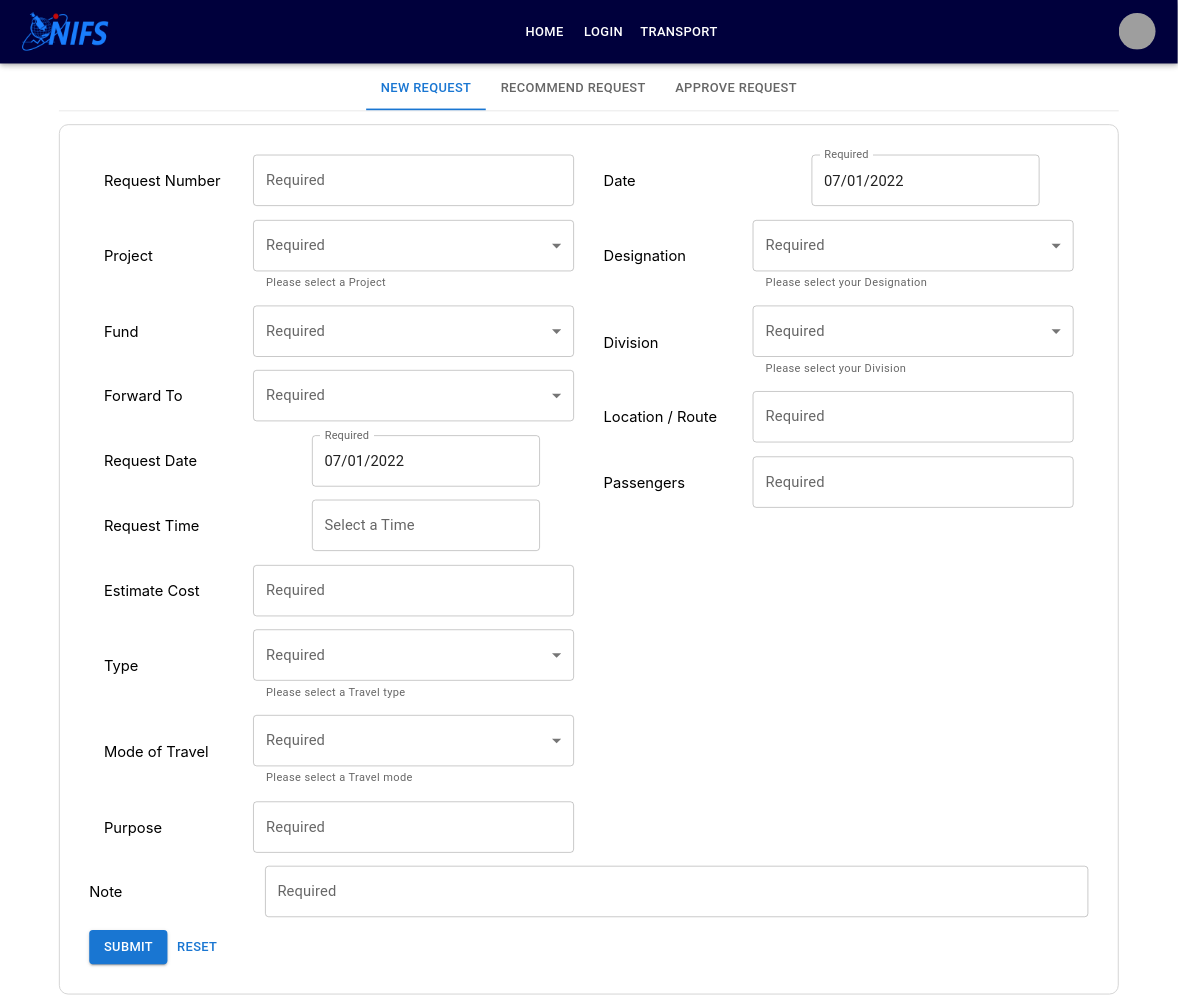
Repository: Ravindu97/NIFS_WebApplication
Page: /transport (app in client/)
These files come from the project's save history. The page is drawn as it stood at one moment and after the next save; the edit follows.
The browser window is 1280 px wide. The pictures show the whole page, at 92% of full size.
Pictures or frames that could not be fetched are drawn as grey boxes. The project was rebuilt for these pictures with package versions that can differ from the ones it lists, and the page was loaded fresh each time. Also part of the build but not shown: client/src/pages/Home.js, client/src/pages/Login.js, client/src/components/Transport/RecommendedRequest.js, client/src/components/Transport/ApproveRequest.js.

Above is the page before, as saved 2022-07-01 13:37:22.

### client/src/index.css
body {
  margin: 0;
  font-family: -apple-system, BlinkMacSystemFont, 'Segoe UI', 'Roboto', 'Oxygen',
    'Ubuntu', 'Cantarell', 'Fira Sans', 'Droid Sans', 'Helvetica Neue',
    sans-serif;
  -webkit-font-smoothing: antialiased;
  -moz-osx-font-smoothing: grayscale;
}

:root{
  --main-navbar-back: #00003c;

}


.nav-logo{
  width: 100px;
  height: auto;
}

/* main navbar */
.main-navbar{
  background-color: var(--main-navbar-back) !important;
}

/* secondary navbar */
.secondary-navbar{
  margin-top: 10vh !important;
  margin: auto;
}

/* body content */
.body-content{
  margin: auto;
  width: 90%;
  margin-top: 2vh;
}

/* -------------------css for form starts here */
/* form section means outsice the <form> tag */

.form-section{
  border: 1px solid #d2d2d2;
  border-radius: 10px;
  padding: 2rem;
  margin-bottom: 2vh;
}

/* input fields */
.input-fields{
  display: flex;
  align-items: center;
  margin-bottom: 2vh;
}

.input-fields label{
  margin-right: 2vw;
  width: 200px;
}

.form-left,.form-right{

  margin-left: 1em;
  margin-right: 1em;
}

/* -----------------css for form ends here */

### client/src/App.js
import * as React from 'react';
import { BrowserRouter as Router, Route, Routes } from 'react-router-dom';
import Navbar from './components/shared/Navbar';
import Home from './pages/Home';
import Login from './pages/Login';
import TransportMainPage from './pages/TransportMainPage';

function App() {
	return (
		<div>
			<Router>
				<Navbar />
				<Routes>
					<Route exact path="/" element={<Home />} />
					<Route exact path="/login" element={<Login />} />
					<Route exact path="/transport/*" element={<TransportMainPage />} />
				</Routes>
			</Router>
		</div>
	);
}

export default App;

### client/src/components/shared/Navbar.js
import * as React from 'react';
import AppBar from '@mui/material/AppBar';
import Box from '@mui/material/Box';
import Toolbar from '@mui/material/Toolbar';
import IconButton from '@mui/material/IconButton';
import Typography from '@mui/material/Typography';
import Menu from '@mui/material/Menu';
import MenuIcon from '@mui/icons-material/Menu';
import Container from '@mui/material/Container';
import Avatar from '@mui/material/Avatar';
import Button from '@mui/material/Button';
import Tooltip from '@mui/material/Tooltip';
import MenuItem from '@mui/material/MenuItem';
import { Link } from 'react-router-dom';
import Logo from '../../images/nifs_logo.png';

const Navbar = () => {
	const pages = [
		{
			id: 0,
			title: 'Home',
			link: '/',
		},
		{
			id: 1,
			title: 'Login',
			link: '/login',
		},
		{
			id: 2,
			title: 'Transport',
			link: '/transport',
		},
	];

	const settings = [
		{
			id: 0,
			title: 'Home',
			link: '/',
		},
		{
			id: 1,
			title: 'Login',
			link: '/login',
		},
		{
			id: 2,
			title: 'Transport',
			link: '/transport',
		},
	];

	const [anchorElNav, setAnchorElNav] = React.useState(null);
	const [anchorElUser, setAnchorElUser] = React.useState(null);

	const handleOpenNavMenu = (event) => {
		setAnchorElNav(event.currentTarget);
	};
	const handleOpenUserMenu = (event) => {
		setAnchorElUser(event.currentTarget);
	};

	const handleCloseNavMenu = () => {
		setAnchorElNav(null);
	};

	const handleCloseUserMenu = () => {
		setAnchorElUser(null);
	};

	return (
		<AppBar position="fixed" className="main-navbar">
			<Container maxWidth="xl">
				<Toolbar disableGutters>
					{/*Responsive view start here  */}
					<Box sx={{ display: { xs: 'none', md: 'flex' }, mr: 1 }}>
						<img src={Logo} alt="logo" className="nav-logo" />
					</Box>

					<Box sx={{ flexGrow: 1, display: { xs: 'flex', md: 'none' } }}>
						<IconButton
							size="large"
							aria-label="account of current user"
							aria-controls="menu-appbar"
							aria-haspopup="true"
							onClick={handleOpenNavMenu}
							color="inherit"
						>
							<MenuIcon />
						</IconButton>
						<Menu
							id="menu-appbar"
							anchorEl={anchorElNav}
							anchorOrigin={{
								vertical: 'bottom',
								horizontal: 'left',
							}}
							keepMounted
							transformOrigin={{
								vertical: 'top',
								horizontal: 'left',
							}}
							open={Boolean(anchorElNav)}
							onClose={handleCloseNavMenu}
							sx={{
								display: { xs: 'block', md: 'none' },
							}}
						>
							{pages &&
								pages.map((page) => (
									<MenuItem key={page.id} onClick={handleCloseNavMenu}>
										<Link to={page.link} style={{ textDecoration: 'none' }}>
											<Typography textAlign="center">{page.title}</Typography>
										</Link>
									</MenuItem>
								))}
						</Menu>
					</Box>
					{/* Responsive view ends here */}

					{/* Full width starts here */}
					<Box
						sx={{
							mr: 2,
							display: { xs: 'flex', md: 'none' },
							flexGrow: 1,
						}}
					>
						<img src={Logo} alt="logo" className="nav-logo" />
					</Box>

					<Box
						sx={{ flexGrow: 1, display: { xs: 'none', md: 'flex' } }}
						style={{ justifyContent: 'center' }}
					>
						{pages &&
							pages.map((page) => (
								<Link to={page.link} style={{ textDecoration: 'none' }}>
									<Button
										key={page.id}
										onClick={handleCloseNavMenu}
										sx={{ my: 2, color: 'white', display: 'block' }}
									>
										{page.title}
									</Button>
								</Link>
							))}
					</Box>

					{/* end of the navbar */}
					<Box sx={{ flexGrow: 0 }}>
						<Tooltip title="Open settings">
							<IconButton onClick={handleOpenUserMenu} sx={{ p: 0 }}>
								<Avatar
									alt="Remy Sharp"
									src="https://images.unsplash.com/photo-1566753323558-f4e0952af115?ixlib=rb-1.2.1&ixid=MnwxMjA3fDB8MHxzZWFyY2h8MXx8bWFsZXxlbnwwfHwwfHw%3D&w=1000&q=80"
								/>
							</IconButton>
						</Tooltip>
						<Menu
							sx={{ mt: '45px' }}
							id="menu-appbar"
							anchorEl={anchorElUser}
							anchorOrigin={{
								vertical: 'top',
								horizontal: 'right',
							}}
							keepMounted
							transformOrigin={{
								vertical: 'top',
								horizontal: 'right',
							}}
							open={Boolean(anchorElUser)}
							onClose={handleCloseUserMenu}
						>
							{settings.map((setting) => (
								<MenuItem key={setting.id} onClick={handleCloseUserMenu}>
									<Typography textAlign="center">{setting.title}</Typography>
								</MenuItem>
							))}
						</Menu>
					</Box>
				</Toolbar>
			</Container>
		</AppBar>
	);
};
export default Navbar;

### client/src/pages/TransportMainPage.js
import React from 'react';

import TransportNavbar from '../components/Transport/shared/TransportNavbar';
import { Route, Routes } from 'react-router-dom';
import NewRequest from '../components/Transport/NewRequest';
import RecommendedRequest from '../components/Transport/RecommendedRequest';
import ApproveRequest from '../components/Transport/ApproveRequest';

// transport main page where all other section of transport department can be access from here
function TransportMainPage() {
	return (
		<div>
			<TransportNavbar />
			<div className="body-content">
				<Routes>
					<Route exact path="/" element={<NewRequest />} />
					<Route exact path="/recommend" element={<RecommendedRequest />} />
					<Route exact path="/approve" element={<ApproveRequest />} />
				</Routes>
			</div>
		</div>
	);
}

export default TransportMainPage;

### client/src/components/Transport/shared/TransportNavbar.js
import * as React from 'react';
import Tabs from '@mui/material/Tabs';
import Tab from '@mui/material/Tab';
import Box from '@mui/material/Box';
import { Link, useLocation } from 'react-router-dom';

export default function TransportNavbar() {
	const location = useLocation();

	const pages = [
		{
			id: 0,
			title: 'New Request',
			link: '/transport',
		},
		{
			id: 1,
			title: 'Recommend Request',
			link: '/transport/recommend',
		},
		{
			id: 2,
			title: 'Approve Request',
			link: '/transport/approve',
		},
	];

	return (
		<Box sx={{ width: '90%' }} className="secondary-navbar">
			<Box sx={{ borderBottom: 1, borderColor: 'divider' }}>
				<Tabs value={location.pathname} centered>
					{pages &&
						pages.map((page) => (
							<Tab
								key={page.id}
								label={page.title}
								value={page.link}
								component={Link}
								to={page.link}
							/>
						))}
				</Tabs>
			</Box>
		</Box>
	);
}

### client/src/components/Transport/NewRequest.js
import { Button, TextField } from '@mui/material';
import React, { useState } from 'react';
import { useForm } from 'react-hook-form';
import Box from '@mui/material/Box';
// import datepicker
import { AdapterDateFns } from '@mui/x-date-pickers/AdapterDateFns';
import { LocalizationProvider } from '@mui/x-date-pickers/LocalizationProvider';
import { DatePicker } from '@mui/x-date-pickers/DatePicker';
import { TimePicker } from '@mui/x-date-pickers/TimePicker';
// sample data files start here
import Projects from './shared/sampleData/Project.json';
import Funds from './shared/sampleData/Fund.json';
import ForwardedTo from './shared/sampleData/ForwardedTo.json';
import Divisions from './shared/sampleData/Division.json';
import Designations from './shared/sampleData/Designation.json';

// sample data files ends here

function NewRequest() {
	// date set to be stored
	const { register, handleSubmit, reset } = useForm();

	const [projectSet, setProjects] = useState(Projects);
	const [fundSet, setFunds] = useState(Funds);
	const [forwardedToSet, setForwardedTos] = useState(ForwardedTo);
	const [divisionSet, setDivisions] = useState(Divisions);
	const [designationSet, setDesignations] = useState(Designations);
	const [reqDate, setReqDate] = React.useState(new Date());
	const [reqTime, setReqTime] = React.useState(null);
	const [today, setToday] = React.useState(new Date());

	const [formDetils, setFromDetails] = useState({
		reqNo: '',
		project: '',
		fund: '',
		forwardTo: '',
		requestDate: '',
		time: '',
		estimateCost: '',
		travelType: '',
		travelMode: '',
		purpose: '',
		note: '',
		employee: '',
		designation: '',
		date: '',
		division: '',
		HOD: '',
		route: '',
		passengers: '',
	});

	const {
		reqNo,
		project,
		fund,
		forwardTo,
		requestDate,
		time,
		estimateCost,
		travelType,
		travelMode,
		purpose,
		note,
		employee,
		designation,
		date,
		division,
		HOD,
		route,
		passengers,
	} = formDetils;

	const onChange = (e) => {
		setFromDetails((prevState) => ({
			...prevState,
			[e.target.name]: e.target.value,
		}));
	};

	const submitDetails = (data) => {
		const newRequest = {
			reqNo,
			project,
			fund,
			forwardTo,
			requestDate,
			time,
			estimateCost,
			travelType,
			travelMode,
			purpose,
			note,
			employee,
			designation,
			date,
			division,
			HOD,
			route,
			passengers,
		};
		console.log(newRequest);
	};

	return (
		<div className="form-section">
			<form onSubmit={handleSubmit(submitDetails)}>
				<Box
					sx={{
						display: { xs: 'block', md: 'flex' },
						justifyContent: 'center',
					}}
				>
					{/* left section of the form */}
					<Box
						className="form-left"
						sx={{
							width: { xs: '90%', md: '50%' },
						}}
					>
						{/* Request number */}
						<Box className="input-fields">
							<label>Request Number</label>
							<TextField
								fullWidth
								type="text"
								name="reqNo"
								onChange={onChange}
								value={reqNo}
								id="outlined-basic"
								label="Required"
								variant="outlined"
							/>
						</Box>

						{/* Select project */}

						<Box className="input-fields">
							<label>Project</label>
							<TextField
								fullWidth
								id="outlined-select-project-native"
								select
								label="Required"
								name="project"
								{...register('project')}
								SelectProps={{
									native: true,
								}}
								helperText="Please select a Project"
							>
								<option value="" selected disabled></option>
								{projectSet.map((option) => (
									<option key={option.id} value={option.value}>
										{option.value}
									</option>
								))}
							</TextField>
						</Box>

						{/* Select Fund */}

						<Box className="input-fields">
							<label>Fund</label>
							<TextField
								fullWidth
								id="outlined-select-fund-native"
								select
								label="Required"
								name="fund"
								{...register('fund')}
								SelectProps={{
									native: true,
								}}
							>
								<option value="" selected disabled></option>
								{fundSet.map((option) => (
									<option key={option.id} value={option.value}>
										{option.value}
									</option>
								))}
							</TextField>
						</Box>

						{/* Select Forward */}

						<Box className="input-fields">
							<label>Forward To</label>
							<TextField
								fullWidth
								id="outlined-select-forward-native"
								select
								label="Required"
								name="forwardTo"
								{...register('forwardTo')}
								SelectProps={{
									native: true,
								}}
							>
								<option value="" selected disabled></option>
								{forwardedToSet.map((option) => (
									<option key={option.id} value={option.value}>
										{option.value}
									</option>
								))}
							</TextField>
						</Box>

						{/*request date*/}

						<Box className="input-fields">
							<LocalizationProvider dateAdapter={AdapterDateFns}>
								<label>Request Date</label>
								<DatePicker
									fullWidth
									label="Required"
									value={reqDate}
									onChange={(newValue) => {
										setReqDate(newValue);
									}}
									name="requestDate"
									{...register('requestDate')}
									renderInput={(params) => <TextField {...params} />}
								/>
							</LocalizationProvider>
						</Box>

						{/* Time picker */}

						<Box className="input-fields">
							<LocalizationProvider dateAdapter={AdapterDateFns}>
								<label>Request Time</label>
								<TimePicker
									label="Select a Time"
									value={reqTime}
									{...register('requestTime')}
									onChange={(newValue) => {
										setReqTime(newValue);
									}}
									renderInput={(params) => <TextField {...params} />}
								/>
							</LocalizationProvider>
						</Box>

						{/* cost */}

						<Box className="input-fields">
							<label>Estimate Cost</label>
							<TextField
								fullWidth
								type="text"
								name="estimateCost"
								id="outlined-basic"
								label="Required"
								variant="outlined"
								{...register('estimateCost')}
							/>
						</Box>

						{/* travel type */}

						<Box className="input-fields">
							<label>Type</label>
							<TextField
								fullWidth
								id="outlined-select-forward-native"
								select
								label="Required"
								name="travelType"
								{...register('travelType')}
								SelectProps={{
									native: true,
								}}
								helperText="Please select a Travel type"
							>
								<option value="" selected disabled></option>
								<option value="private">Private</option>
								<option value="official">Official</option>
							</TextField>
						</Box>

						{/* Travel mode */}

						<Box className="input-fields">
							<label>Mode of Travel</label>
							<TextField
								fullWidth
								id="outlined-select-forward-native"
								select
								label="Required"
								name="travelMode"
								{...register('travelMode')}
								SelectProps={{
									native: true,
								}}
								helperText="Please select a Travel mode"
							>
								<option value="" selected disabled></option>
								<option value="car">Car</option>
								<option value="van">Van</option>
								<option value="cab">Cab</option>
							</TextField>
						</Box>

						{/* purpose */}

						<Box className="input-fields">
							<label>Purpose</label>
							<TextField
								fullWidth
								id="outlined-textarea"
								label="Required"
								name="purpose"
								{...register('purpose')}
								SelectProps={{
									native: true,
								}}
								multiline
							/>
						</Box>
					</Box>

					{/* right section of the form */}

					<Box
						className="form-right"
						sx={{
							width: { xs: '90%', md: '50%' },
						}}
					>
						{/*request today date*/}

						<Box className="input-fields">
							<LocalizationProvider dateAdapter={AdapterDateFns}>
								<label>Date</label>
								<DatePicker
									fullWidth
									label="Required"
									value={today}
									onChange={(newValue) => {
										setToday(newValue);
									}}
									{...register('date')}
									renderInput={(params) => <TextField {...params} />}
								/>
							</LocalizationProvider>
						</Box>

						{/* designations */}

						<Box className="input-fields">
							<label>Designation</label>
							<TextField
								fullWidth
								id="outlined-select-forward-native"
								select
								label="Required"
								name="designation"
								{...register('designation')}
								SelectProps={{
									native: true,
								}}
								helperText="Please select your Designation"
							>
								<option value="" selected disabled></option>
								{designationSet.map((option) => (
									<option key={option.id} value={option.value}>
										{option.value}
									</option>
								))}
							</TextField>
						</Box>

						{/* division */}

						<Box className="input-fields">
							<label>Division</label>
							<TextField
								fullWidth
								id="outlined-select-forward-native"
								select
								label="Required"
								name="division"
								{...register('division')}
								SelectProps={{
									native: true,
								}}
								helperText="Please select your Division"
							>
								<option value="" selected disabled></option>
								{divisionSet.map((option) => (
									<option key={option.id} value={option.value}>
										{option.value}
									</option>
								))}
							</TextField>
						</Box>

						{/* HOD */}

						{/* Location / route */}

						<Box className="input-fields">
							<label>Location / Route</label>
							<TextField
								fullWidth
								type="text"
								name="route"
								id="outlined-basic"
								label="Required"
								variant="outlined"
								{...register('route')}
							/>
						</Box>

						{/* Location / route */}

						<Box className="input-fields">
							<label>Passengers</label>
							<TextField
								fullWidth
								type="text"
								name="passengers"
								id="outlined-basic"
								label="Required"
								variant="outlined"
								{...register('passengers')}
							/>
						</Box>
					</Box>
				</Box>

				{/* Note */}

				<Box className="input-fields">
					<label>Note</label>
					<TextField
						fullWidth
						id="outlined-textarea"
						label="Required"
						name="note"
						{...register('note')}
						SelectProps={{
							native: true,
						}}
						multiline
					/>
				</Box>

				{/* submit button */}

				<Box>
					<Button type="submit" variant="contained">
						Submit
					</Button>

					{/* reset the form */}

					<Button
						type="button"
						onClick={() => {
							reset({
								reqNo: '',
								project: '',
								fund: '',
								forwardTo: '',
								requestDate: '',
								time: '',
								estimateCost: '',
								travelType: '',
								travelMode: '',
								purpose: '',
								note: '',
								employee: '',
								designation: '',
								date: '',
								division: '',
								HOD: '',
								route: '',
								passengers: '',
							});
						}}
					>
						Reset
					</Button>
				</Box>
			</form>
		</div>
	);
}

export default NewRequest;

### client/src/components/Transport/shared/sampleData/Fund.json
[
    {
        "id": 0,
        "value": "Stock market"
    },
    {
        "id": 1,
        "value": "BOC bank"
    },
    {
        "id": 2,
        "value": "Savings"
    },
    {
        "id": 3,
        "value": "Ticketing"
    },
    {
        "id": 4,
        "value": "Car wash"
    }
]

### client/src/components/Transport/shared/sampleData/ForwardedTo.json
[
    {
        "id": 0,
        "value": "Mr. Kamal"
    },
    {
        "id": 1,
        "value": "Mr. Sunil"
    },
    {
        "id": 2,
        "value": "Mr. Kusal"
    },
    {
        "id": 3,
        "value": "Mrs. Nayana"
    },
    {
        "id": 4,
        "value": "Miss Rashmi"
    }
]

### client/src/components/Transport/shared/sampleData/Division.json
[
    {
        "id": 0,
        "value": "Transport"
    },
    {
        "id": 1,
        "value": "Financial"
    },
    {
        "id": 2,
        "value": "Computer"
    },
    {
        "id": 3,
        "value": "Admin"
    },
    {
        "id": 4,
        "value": "Director"
    }
]

### client/src/components/Transport/shared/sampleData/Designation.json
[
    {
        "id": 0,
        "value": "Designation 1"
    },
    {
        "id": 1,
        "value": "Designation 2"
    },
    {
        "id": 2,
        "value": "Designation 3"
    },
    {
        "id": 3,
        "value": "Designation 4"
    },
    {
        "id": 4,
        "value": "Designation 5"
    }
]

Loaded but not shown: client/src/index.js (common file); client/src/reportWebVitals.js (common file); client/src/components/Transport/shared/sampleData/Project.json (22 lines, source omitted)

After the next save:
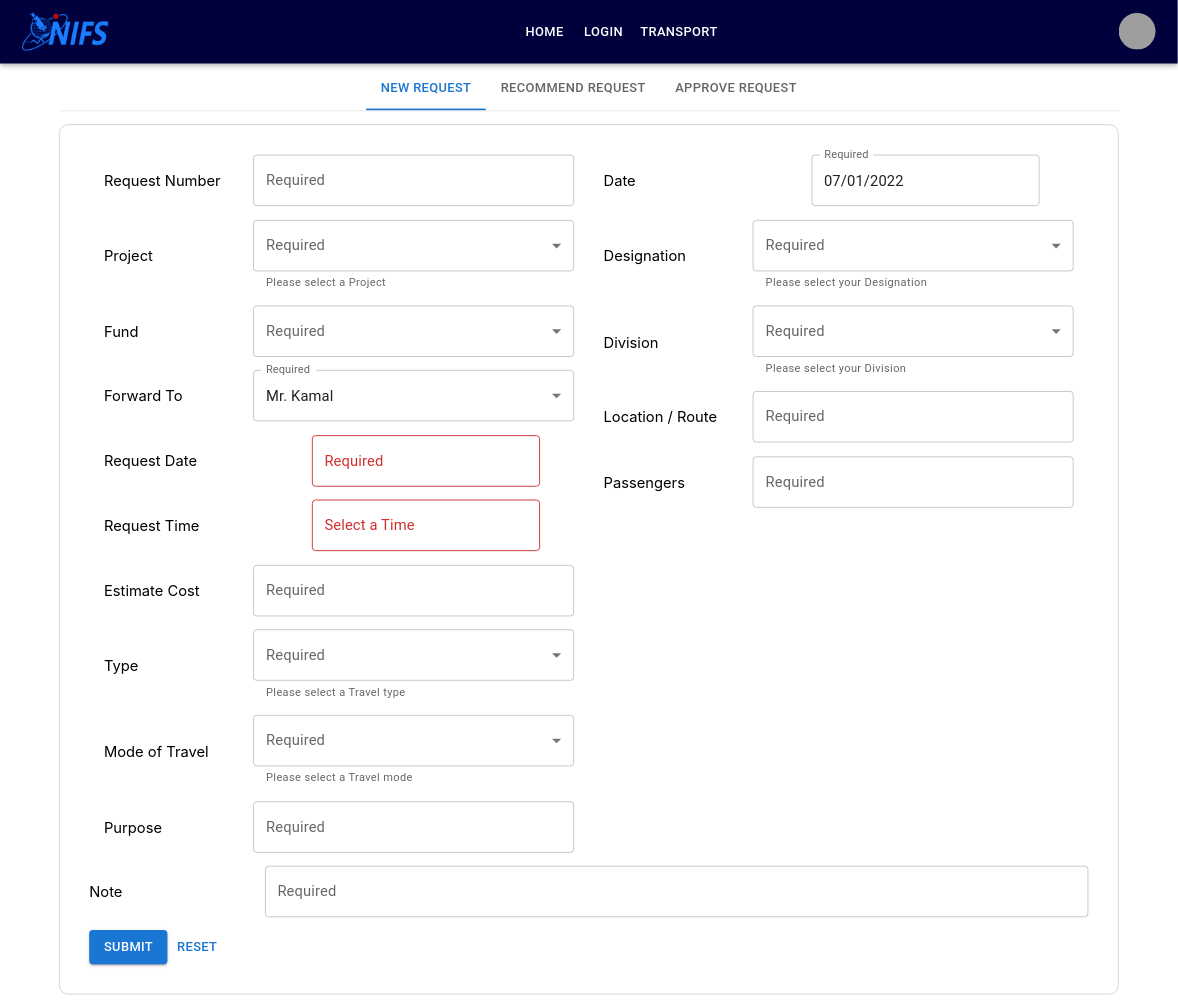
Saved 3 min 11 s later.
--- a/client/src/components/Transport/NewRequest.js
+++ b/client/src/components/Transport/NewRequest.js
@@ -143,7 +143,8 @@ function NewRequest() {
 								select
 								label="Required"
 								name="project"
-								{...register('project')}
+								onChange={onChange}
+								value={project}
 								SelectProps={{
 									native: true,
 								}}
@@ -168,7 +169,8 @@ function NewRequest() {
 								select
 								label="Required"
 								name="fund"
-								{...register('fund')}
+								onChange={onChange}
+								value={fund}
 								SelectProps={{
 									native: true,
 								}}
@@ -192,7 +194,8 @@ function NewRequest() {
 								select
 								label="Required"
 								name="forwardTo"
-								{...register('forwardTo')}
+								onChange={onChange}
+								value={ForwardedTo}
 								SelectProps={{
 									native: true,
 								}}
@@ -214,12 +217,9 @@ function NewRequest() {
 								<DatePicker
 									fullWidth
 									label="Required"
-									value={reqDate}
-									onChange={(newValue) => {
-										setReqDate(newValue);
-									}}
+									value={requestDate}
+									onChange={onChange}
 									name="requestDate"
-									{...register('requestDate')}
 									renderInput={(params) => <TextField {...params} />}
 								/>
 							</LocalizationProvider>
@@ -232,11 +232,9 @@ function NewRequest() {
 								<label>Request Time</label>
 								<TimePicker
 									label="Select a Time"
-									value={reqTime}
-									{...register('requestTime')}
-									onChange={(newValue) => {
-										setReqTime(newValue);
-									}}
+									onChange={onChange}
+									name="time"
+									value={time}
 									renderInput={(params) => <TextField {...params} />}
 								/>
 							</LocalizationProvider>
@@ -253,7 +251,8 @@ function NewRequest() {
 								id="outlined-basic"
 								label="Required"
 								variant="outlined"
-								{...register('estimateCost')}
+								onChange={onChange}
+								value={estimateCost}
 							/>
 						</Box>
 
@@ -267,7 +266,8 @@ function NewRequest() {
 								select
 								label="Required"
 								name="travelType"
-								{...register('travelType')}
+								onChange={onChange}
+								value={travelType}
 								SelectProps={{
 									native: true,
 								}}
